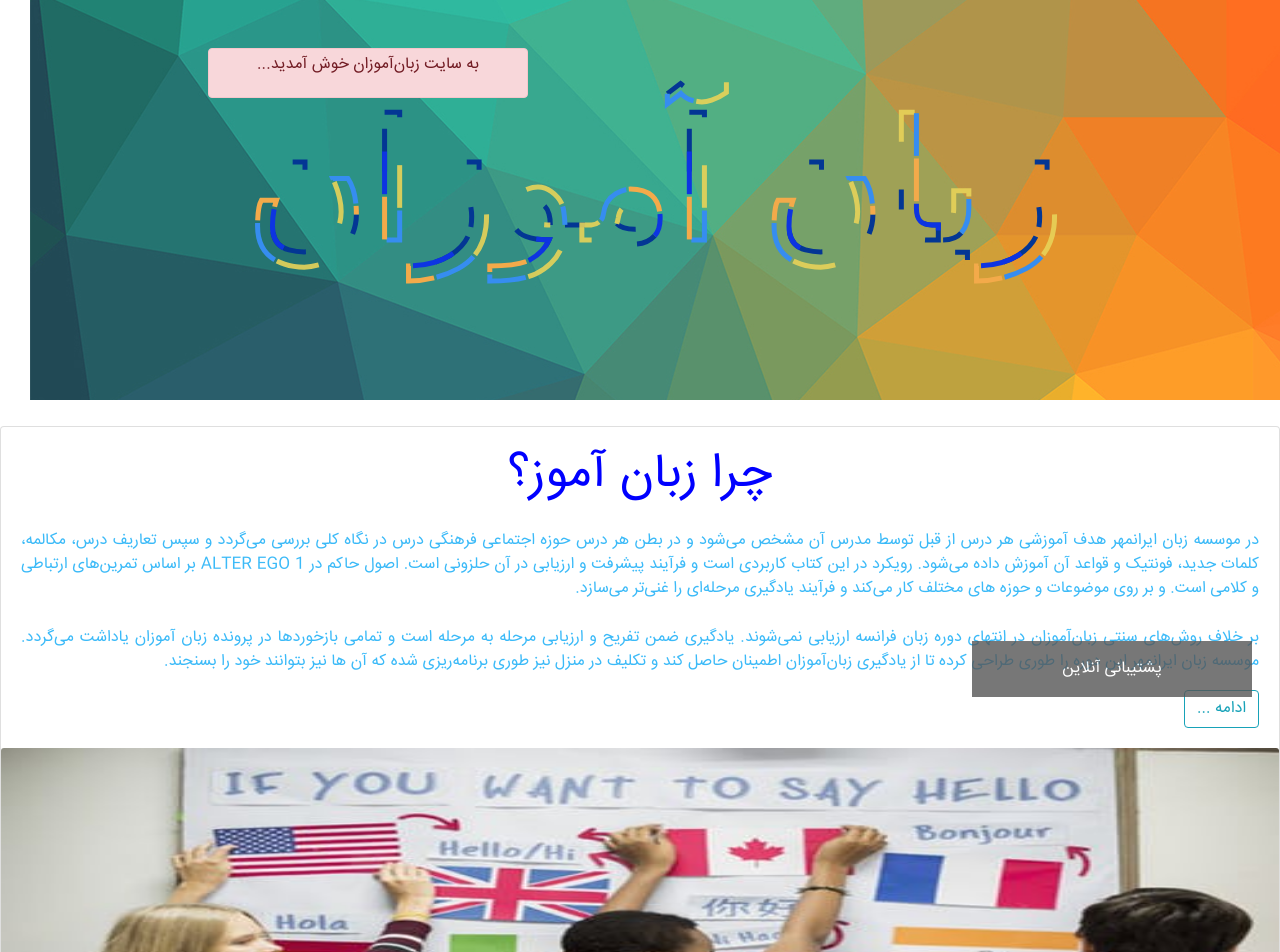
Repository: nikmahla/ZabanAmozan
Page: LanguageWebSite.html
These files come from the project's save history. The page is drawn as it stood at one moment and after the next save; the edit follows.
The browser window is 1280 px wide. The pictures show the part of the page from y = 0 to 952 px (the page is 3961 px tall).
A picture or video elsewhere on the page could not be fetched, so the positions and the page height are approximate.

Above is the page before, as saved 2019-10-11 22:01:27.

### LanguageWebSite.html
<html lang="en">

<head>
    <meta charset="UTF-8">
    <meta name="viewport" content="width=device-width, initial-scale=1.0">
    <meta http-equiv="X-UA-Compatible" content="ie=edge">
    <link rel="stylesheet" href="css/bootstrap.css">
    <link rel="stylesheet" href="css/stylesheet.css">
    <link rel="shortcut icon" href="images/fav.jpg" title="favicon">
    <script src="jquery.min.js"></script>
    <title>Learn New Language</title>
</head>

<body class="container-fluid">

    <div class="row bg-image">
        <svg viewBox="0 0 960 300">
            <symbol id="s-text">
                <text text-anchor="middle" x="50%" y="80%"> زبان آموزان</text>
            </symbol>

            <g class="g-ants">
                <use xlink:href="#s-text" class="text-copy"></use>
                <use xlink:href="#s-text" class="text-copy"></use>
                <use xlink:href="#s-text" class="text-copy"></use>
                <use xlink:href="#s-text" class="text-copy"></use>
                <use xlink:href="#s-text" class="text-copy"></use>
            </g>
        </svg>
    </div>

    <div id="alert" class="alert alert-danger p-1 m-5">
        <p class="text-center">به سایت زبان‌آموزان خوش آمدید...</p>
    </div>

    <div class="row">
        <div class="card  " style="margin-top: 2%">
            <div class="card-body">
                <h5 class="card-title card-title-me"> چرا زبان آموز؟ </h5>
                <p class="card-body-me">در موسسه زبان ایرانمهر هدف آموزشی هر درس از قبل توسط مدرس آن مشخص می‌شود و در
                    بطن هر
                    درس حوزه اجتماعی فرهنگی درس در نگاه کلی بررسی می‌گردد و سپس تعاریف درس، مکالمه، کلمات جدید، فونتیک و
                    قواعد آن آموزش داده می‌شود. رویکرد در این کتاب کاربردی است و فرآیند پیشرفت و ارزیابی در آن حلزونی
                    است.
                    اصول حاکم در ALTER EGO 1 بر اساس تمرین‌های ارتباطی و کلامی است. و بر روی موضوعات و حوزه های مختلف
                    کار
                    می‌کند و فرآیند یادگیری مرحله‌‌ای را غنی‌تر می‌سازد.</p>
                <p class="card-body-me">
                    بر خلاف روش‌های سنتی زبان‌آموزان در انتهای دوره زبان فرانسه ارزیابی نمی‌شوند. یادگیری ضمن تفریح و
                    ارزیابی مرحله به مرحله است و تمامی بازخوردها در پرونده زبان آموزان یاداشت می‌گردد. موسسه زبان
                    ایرانمهر
                    این دوره را طوری طراحی کرده تا از یادگیری زبان‌آموزان اطمینان حاصل کند و تکلیف در منزل نیز طوری
                    برنامه‌ریزی شده که آن ها نیز بتوانند خود را بسنجند.
                </p>
                <button type="button" class="btn btn-outline-info">ادامه ...</button>

            </div>
            <img src="./images/fl031.jpg" class="card-img-top card-img" alt="">
        </div>
    </div>


    <div class="row ">
        <div class="col-md-6">
            <div class="videoplay ">
                <video class="img-fluid" autoplay="" loop="" playsinline="" muted="">
                    <source type="video/mp4" src="images/class03.mp4">
                </video>
            </div>
        </div>
        <div class="col-md-6 ">
            <h3 class="text-class">
                1.زمان مد نظرتو انتخاب کن
            </h3>
        </div>
    </div>

    <div class="row ">
        <div class="col-md-6 ">
            <h3 class="text-class">
                2.کلاستو انتخاب کن
            </h3>
        </div>
        <div class="col-md-6">
            <div class="videoplay ">
                <video class="img-fluid" autoplay="" loop="" playsinline="" muted="">
                    <source type="video/mp4" src="images/class031.mp4">
                </video>
            </div>
        </div>
    </div>

    <div class="row ">
        <div class="col-md-6">
            <div class="videoplay ">
                <video class="img-fluid" autoplay="" loop="" playsinline="" muted="">
                    <source type="video/mp4" src="images/class033.mp4">
                </video>
            </div>
        </div>
        <div class="col-md-6 ">
            <h3 class="text-class">
                3. برو کلاس
            </h3>
        </div>
    </div>

    <div class="row" style="margin-top:2% ">
        <div class="card card-box" style="width:30%">
            <img class="card-img-top" src="./images/cl8.jpg" alt="Card image">
            <div class="card-body">
                <h4 class="card-title">دوره های آموزش زبان فرانسه متوسطه بزرگسالان</h4>
                <p class="card-text">دوره های فشرده نیمه گروهی ( 6 تا 8 نفره )</p>
                <a href="#" class="btn btn-primary">مشاهده</a>
            </div>
        </div>

        <div class="card card-box" style="width:30%">
            <img class="card-img-top" src="./images/cl9.jpg" alt="Card image">
            <div class="card-body">
                <h4 class="card-title">دوره آموزش زبان فرانسه پیش متوسطه کودکان</h4>
                <p class="card-text">دوره زبان فرانسه پیش متوسطه کودکان (+A2)</p>
                <a href="#" class="btn btn-primary">مشاهده</a>
            </div>
        </div>

        <div class="card card-box" style="width:30%">
            <img class="card-img-top" src="./images/cl10.jpg" alt="Card image">
            <div class="card-body">
                <h4 class="card-title">دوره زبان فرانسه پیشرفته بزرگسالان</h4>
                <p class="card-text">دوره زبان فرانسه پیش متوسطه</p>
                <a href="#" class="btn btn-primary">مشاهده</a>
            </div>
        </div>
    </div>



    <div class="row bg">
        <h3 class="h1-list" data-shadow='dang!'>کلاسهای پاییز</h3>
    </div>



    <table class="table table-hover table-me">
        <thead>
            <tr>
                <th scope="col">#</th>
                <th scope="col">روزهای هفته</th>
                <th scope="col">کلاس</th>
                <th scope="col">استاد</th>
                <th> انتخاب</th>
            </tr>
        </thead>
        <tbody>
            <tr>
                <th scope="row">1</th>
                <td>شنبه</td>
                <td>زبان فرانسه</td>
                <td>دکتر رضایی</td>
                <td>
                    <button type="button" class="btn btn-outline-warning">مشاهده</button>
                </td>


            </tr>
            <tr>
                <th scope="row">2</th>
                <td>یکشنبه</td>
                <td>زبان فرانسه</td>
                <td>دکتر رضایی</td>
                <td>
                    <button type="button" class="btn btn-outline-warning">مشاهده</button>
                </td>

            </tr>
            <tr>
                <th scope="row">3</th>
                <td>دوشنبه</td>
                <td>زبان فرانسه</td>
                <td>دکتر رضایی</td>
                <td>
                    <button type="button" class="btn btn-outline-warning">مشاهده</button>
                </td>

            </tr>
            <tr>
                <th scope="row">4</th>
                <td>سه شنبه</td>
                <td>زبان فرانسه</td>
                <td>دکتر رضایی</td>
                <td>
                    <button type="button" class="btn btn-outline-warning">مشاهده</button>
                </td>
            </tr>
            <tr>
                <th scope="row">5</th>
                <td>چهارشنبه</td>
                <td>زبان فرانسه</td>
                <td>دکتر رضایی</td>
                <td>
                    <button type="button" class="btn btn-outline-warning">مشاهده</button>
                </td>
            </tr>
            <tr>
                <th scope="row">6</th>
                <td>پنجشنبه</td>
                <td>زبان فرانسه</td>
                <td>دکتر رضایی</td>
                <td>
                    <button type="button" class="btn btn-outline-warning">مشاهده</button>
                </td>

            </tr>
            <tr>
                <th scope="row">7</th>
                <td>جمعه</td>
                <td>زبان فرانسه</td>
                <td>دکتر رضایی</td>
                <td>
                    <button type="button" class="btn btn-outline-warning">مشاهده</button>
                </td>

            </tr>
        </tbody>
    </table>


    <button class="open-button" onclick="openForm()">پشتیبانی آنلاین</button>

    <div class="chat-popup" id="myForm">
        <form action="/action_page.php" class="form-container">
            <h5 class="text-right"> پشتیبانی زبان‌آموزان </h5>

            <label for="msg"><b> در خدمت شماست:</b></label>
            <textarea placeholder="متن ارسالی ..." name="msg" required></textarea>

            <button type="submit" class="btn">ارسال</button>
            <button type="button" class="btn cancel" onclick="closeForm()">بستن</button>
        </form>
    </div>



    <footer class="footer container-fluid">
        <div class="footer-middle">
            <div class="">
                <div class="row">
                    <div class="col-md-6 col-sm-6  ">

                        <div class="footer-pad">
                            <h4>راه های ارتباطی</h4>
                            <ul class="list-unstyled">
                                <li><a href="#"></a></li>
                                <li><a href="#">شماره تماس</a></li>
                                <li><a href="#">مشاوره حضوری</a></li>
                                <li><a href="#">ادرس ایمیل</a></li>
                                <li><a href="#">شبکه اجتماعی</a></li>

                            </ul>
                        </div>
                    </div>


                    <div class="col-md-6 col-sm-6 ">

                        <div class="footer-pad">
                            <h4> خواندیها برای شما</h4>
                            <ul class="list-unstyled">
                                <li><a href="#"> معرفی دیشکنری </a></li>
                                <li><a href="#">معرفی فیلم</a></li>
                                <li><a href="#">معرفی نرم افزار</a></li>
                                <li><a href="#">معرفی داستان</a></li>
                                <li><a href="#">معرفی سایت</a></li>
                                <li>
                                    <a href="#"></a>
                                </li>
                            </ul>
                        </div>
                    </div>

                </div>
                <div class="row">
                    <div class="col-md-12 copy">
                        <p class="text-center">&copy; حقوق مادی و معنوی سایت محفوظ است.</p>
                    </div>
                </div>


            </div>
        </div>
    </footer>

    <script >
        function openForm() {
            document.getElementById("myForm").style.display = "block";
        }

        function closeForm() {
            document.getElementById("myForm").style.display = "none";
        }
        $(document).ready(function () {
            setTimeout(function () {
                $('#alert').slideDown('slow');
            }, 3000);
        })
    </script>

</body>

</html>

### css/stylesheet.css
@font-face {
    font-family: 'iransans';
    src: url('../fonts/iransans_medium.woff2') format('woff2');
    font-weight: bold;
}

@font-face {
    font-family: 'iransans';
    src: url('../fonts/iransans_regular.woff2') format('woff2');
    font-weight: normal;
}

@font-face {
    font-family: 'iransans';
    src: url('../fonts/iransans_ultralight.woff2') format('woff2');
    font-weight: 200;
}

body {
    direction: rtl;
    text-align: right;
    margin: 0;
    font-family: 'iransans', tahoma;
}

* {
    box-sizing: border-box;
}

.videoplay {
    margin-top: 20%;
    min-width: 100%;
    min-height: 100%;
}

.text-class {
    margin-top: 45% !important;
    text-align: center;
    color: #3bbaf8
}

.bg-image {
    background-image: url('../images/bgh.png');
    height: 25rem;
    width: 100%;
}

.header-text {
    background: #8383e2;
}

.card-text {
    text-align: center;
    color: #115374;
    margin-top: 2%;
}

.card-btn {
    margin-top: 2%;
    color: blue;
}

.card-box {
    margin: 1%;
    padding: 1%;
    text-align: center;
}

.card-title-me {
    text-align: center;
    color: blue;
    font-size: 3rem;
}

.card-body-me {
    color: #3bbaf8;
    margin-top: 2%;
    text-align: justify;
}

.card-img {
    height: 25rem;
}

svg {
    display: block;
    font: 10.5em 'Montserrat';
    width: 960px;
    height: 300px;
    margin: 0 auto;
}

.text-copy {
    fill: none;
    stroke: white;
    stroke-dasharray: 6% 29%;
    stroke-width: 5px;
    stroke-dashoffset: 0%;
    animation: stroke-offset 5.5s infinite linear;
}

.text-copy:nth-child(1) {
    stroke: rgb(3, 54, 148);
    animation-delay: -1;
}

.text-copy:nth-child(2) {
    stroke: #e7d258e7;
    animation-delay: -2s;
}

.text-copy:nth-child(3) {
    stroke: rgb(54, 141, 240);
    animation-delay: -3s;
}

.text-copy:nth-child(4) {
    stroke: rgb(243, 170, 74);
    animation-delay: -4s;
}

.text-copy:nth-child(5) {
    stroke: rgb(13, 52, 226);
    animation-delay: -5s;
}

@keyframes stroke-offset {
    100% {
        stroke-dashoffset: -35%;
    }
}

.bg {
    margin: 2rem 0 2rem 0;
    text-align: center;
    background-color: rgba(243, 93, 33, 0.849);
}

.h1-list {
    margin-right: 20%;
    display: inline-block;
    color: white;
    font-size: 9em;
    text-shadow: .03em .03em 0 rgb(235, 71, 6);
}

.table-me {
    margin: 1rem 0 1rem 0;
    overflow: hidden;
}

.bt-me {
    color: orangered;
}

footer {
    width: 100%;
    background: #16222A;
    background: -webkit-linear-gradient(59deg, #3A6073, #16222A);
    background: linear-gradient(59deg, #3A6073, #16222A);
    color: white;
    margin-top: 100px;
    text-align: center;
}

footer a {
    color: #fff;
    font-size: 14px;
    transition-duration: 0.2s;
    display: inline-block;
}

footer a:hover {
    color: #FA944B;
    text-decoration: none;
}

.copy {
    font-size: 12px;
    padding: 10px;
    border-top: 1px solid #FFFFFF;
}

.footer-middle {
    padding-top: 2em;
    color: white;
}

.open-button {
    background-color: #555;
    color: white;
    padding: 16px 20px;
    border: none;
    cursor: pointer;
    opacity: 0.8;
    position: fixed;
    bottom: 23px;
    right: 28px;
    width: 280px;
}

/* The popup chat - hidden by default */

.chat-popup {
    display: none;
    position: fixed;
    bottom: 0;
    right: 15px;
    border: 3px solid #f1f1f1;
    z-index: 9;
}

/* Add styles to the form container */

.form-container {
    max-width: 300px;
    padding: 10px;
    background-color: white;
}

/* Full-width textarea */

.form-container textarea {
    width: 100%;
    padding: 15px;
    margin: 5px 0 22px 0;
    border: none;
    background: #f1f1f1;
    resize: none;
    min-height: 200px;
}

/* When the textarea gets focus, do something */

.form-container textarea:focus {
    background-color: #ddd;
    outline: none;
}

/* Set a style for the submit/send button */

.form-container .btn {
    background-color: #4CAF50;
    color: white;
    padding: 16px 20px;
    border: none;
    cursor: pointer;
    width: 100%;
    margin-bottom: 10px;
    opacity: 0.8;
}

/* Add a red background color to the cancel button */

.form-container .cancel {
    background-color: red;
}

/* Add some hover effects to buttons */

.form-container .btn:hover, .open-button:hover {
    opacity: 1;
}

#alert {
    position: fixed;
    top: 0;
    left: 10rem;
    width: 25%;
    display: none;
}

Loaded but not shown: css/bootstrap.css (library); node_modules/jquery/dist/jquery.min.js (library)

After the next save:
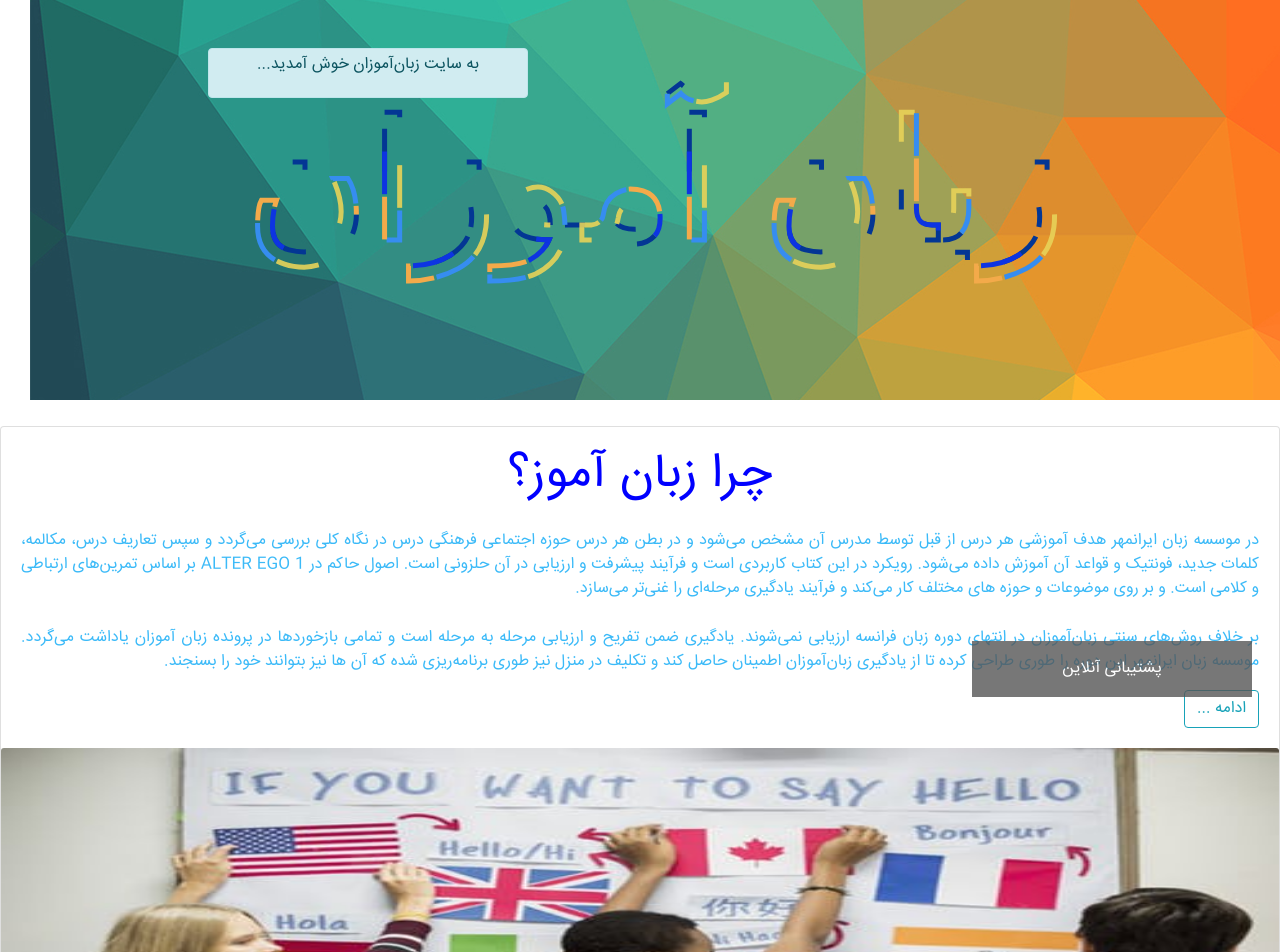
Saved 6 s later.
--- a/LanguageWebSite.html
+++ b/LanguageWebSite.html
@@ -29,7 +29,7 @@
         </svg>
     </div>
 
-    <div id="alert" class="alert alert-danger p-1 m-5">
+    <div id="alert" class="alert alert-info p-1 m-5">
         <p class="text-center">به سایت زبان‌آموزان خوش آمدید...</p>
     </div>
 
